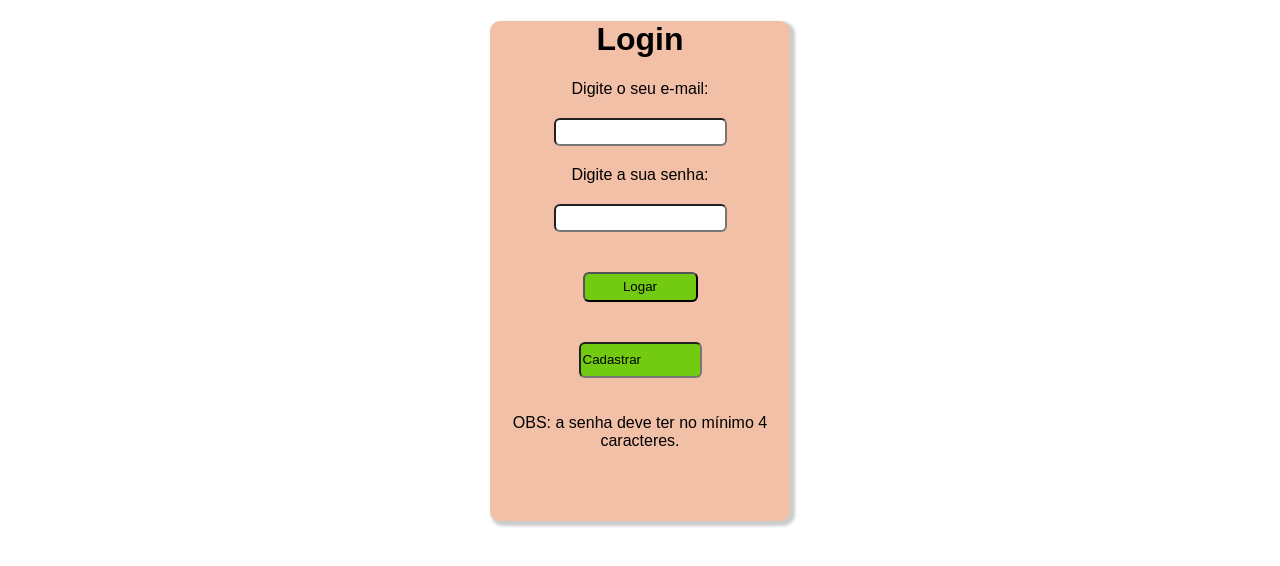
Repository: leviviana21/Java-web-login
Page: http://localhost/conexao_bd/
The author's editor kept a copy of each file at every save. The page is drawn from the files as they stood at one save, then again after the next save.
The browser window is 1280 px wide. The pictures show the whole page.
The page is served by Tomcat 9. Other server files are loaded and not shown.

Above is the page before, as saved 2025-06-20 16:39:03.

### conexao_bd/src/main/webapp/index.jsp
<%@ page language="java" contentType="text/html; charset=UTF-8"
    pageEncoding="UTF-8"%>
<!DOCTYPE html>
<html>
<head>
<meta charset="UTF-8">
<title>Insert title here</title>
<link rel="stylesheet" href="style.css">
</head>
<body>

<div class="container">
	<form action="cadastro" method="post">
        <h1>Login</h1>
        <label>Digite o seu e-mail: </label>
        <input type="email" name="txtEmail" class="emailsenha" >
        <br>
        <label>Digite a sua senha: </label>
        <input type="password" name="txtSenha" class="emailsenha" >
        <br>
        <button type="submit" value="Logar" name="botao" class="botao-login">Logar</button>
        <input  onclick="window.location.href = dashboard.jsp" value="Cadastrar" name="botao" class="botao-login">
        <p>OBS: a senha deve ter no mínimo 4 caracteres.</p>
        <%
			if(request.getAttribute("error") != null){
		%>
		<p class="aviso-erro"><% out.print(request.getAttribute("msg").toString()); %></p>
		<%
			}
		%>
    </form>
</div>
</body>
</html>

### conexao_bd/src/main/webapp/style.css
@charset "UTF-8";

form {
	text-align: center;
	font-family: arial;
}
.emailsenha {
	margin: 20px;
    border-radius: 6px;
    width: 165px;
    height: 22px;
}
.container {
	text-align: center;
	background-color: #F2BFA7;
	border-radius: 10px;
	height: 500px;
	margin: auto;
	width: 300px;
	box-shadow: 3px 3px 3px 2px rgba(0.2, 0.2, 0.2, 0.2);
}

.botao-login {
	border-radius: 6px;
    width: 115px;
    height: 30px;
    margin: 20px;
    background-color: #72cb10;
}
.Mensagem-Sucesso {
	text-align: center;
	font-family: arial;
}
.aviso-erro {
	color: red;
	font-weight: bold;
}

After the next save:
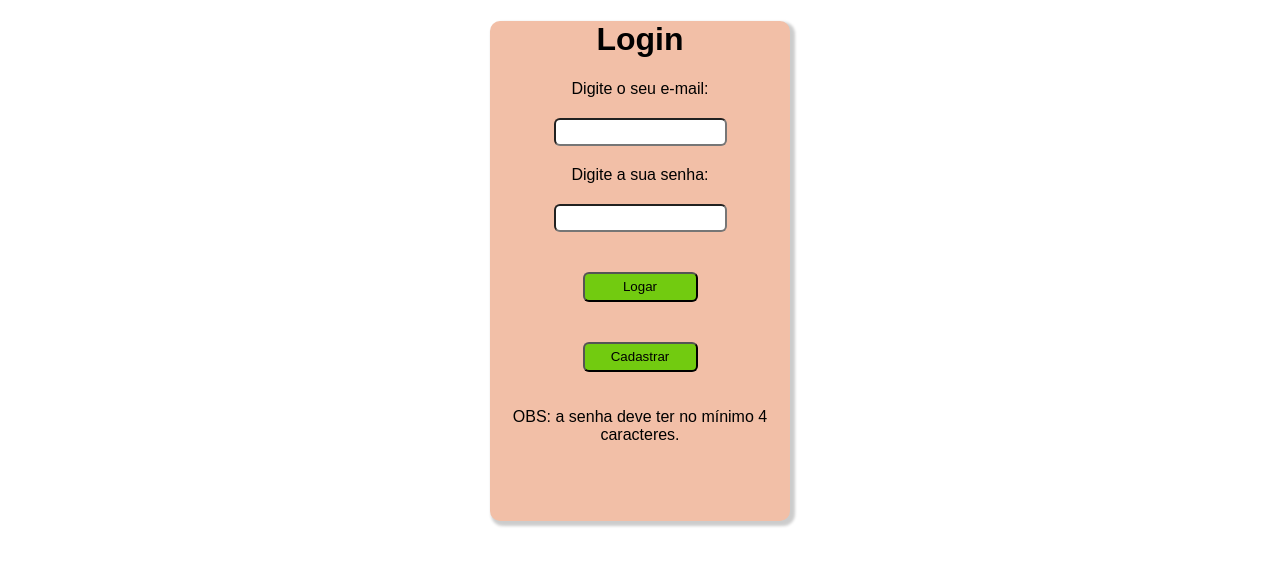
Saved 19 s later.
--- a/conexao_bd/src/main/webapp/index.jsp
+++ b/conexao_bd/src/main/webapp/index.jsp
@@ -19,7 +19,7 @@
         <input type="password" name="txtSenha" class="emailsenha" >
         <br>
         <button type="submit" value="Logar" name="botao" class="botao-login">Logar</button>
-        <input  onclick="window.location.href = dashboard.jsp" value="Cadastrar" name="botao" class="botao-login">
+        <button  onclick="window.location.href = dashboard.jsp" value="Cadastrar" name="botao" class="botao-login">Cadastrar</button>
         <p>OBS: a senha deve ter no mínimo 4 caracteres.</p>
         <%
 			if(request.getAttribute("error") != null){
